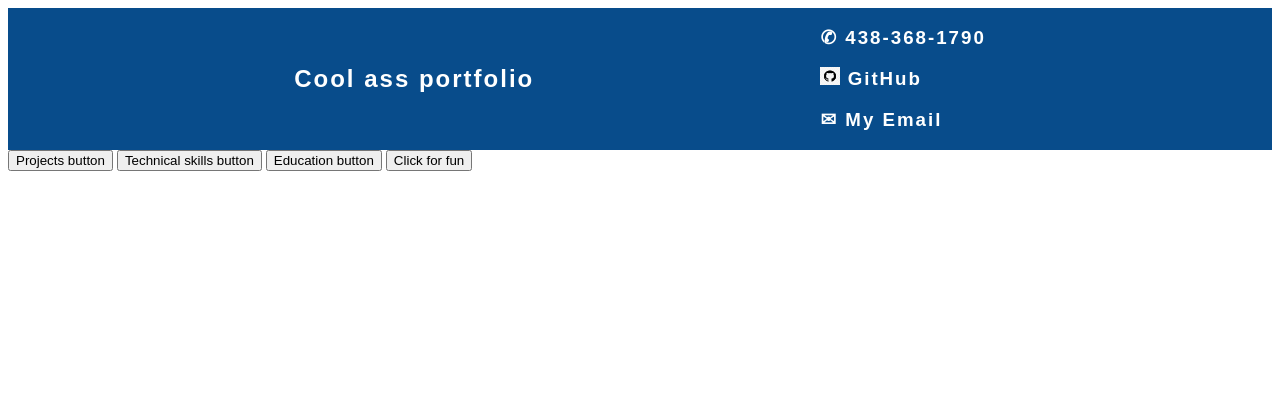
Repository: zackaroo20/zackaroo20
Page: index.html
An editor plug-in stored every save of this project. The page is shown before and after the next save, followed by the edit.
The browser window is 1280 px wide. The pictures show the whole page.

Above is the page before, as saved 2026-05-12 12:48:53.

### index.html
<!doctype html>
<html lang="en">
  <head>
    <meta charset="UTF-8" />
    <meta name="viewport" content="width=device-width, initial-scale=1.0" />
    <title>Document</title>
    <link rel="stylesheet" href="./styles/index.css" />
  </head>
  <header>
        <section>
            <h1>Cool ass portfolio</h1>
        </section>
        <aside>
            <h3> ✆ 438-368-1790</h3>
            <h3><a href="https://github.com/zackaroo20"><img src="/assets/specs/GHicon.png  " alt="git hub logo"> GitHub</a></h3>
            <h3><a href="emailto:tomjerrysc@gmail.com"><p class = longemail>✉ My Email</p></a></h3>



        </aside>

    </header>
    <body>
      <section>
        <button>Projects button</button>
        <button>Technical skills button </button>
        <button>Education button</button>
        <button>Click for fun</button>


      </section>




    </body>
  <body>
    <!-- TODO -->
  </body>
</html>

### styles/index.css
@page {
  size: A4;
  margin: 1cm;
}

header {
  font-family: Arial, Helvetica, sans-serif;
  letter-spacing: 2px;
  background-color: #084c8b;
  color: white;
  display: flex;
  justify-content: space-evenly;
  align-items: center;
}
img {
  background-color: transparent;
  width: 20px;
  height: 18px;
}
h3 a {
  text-decoration: none;
  color: inherit;
}

After the next save:
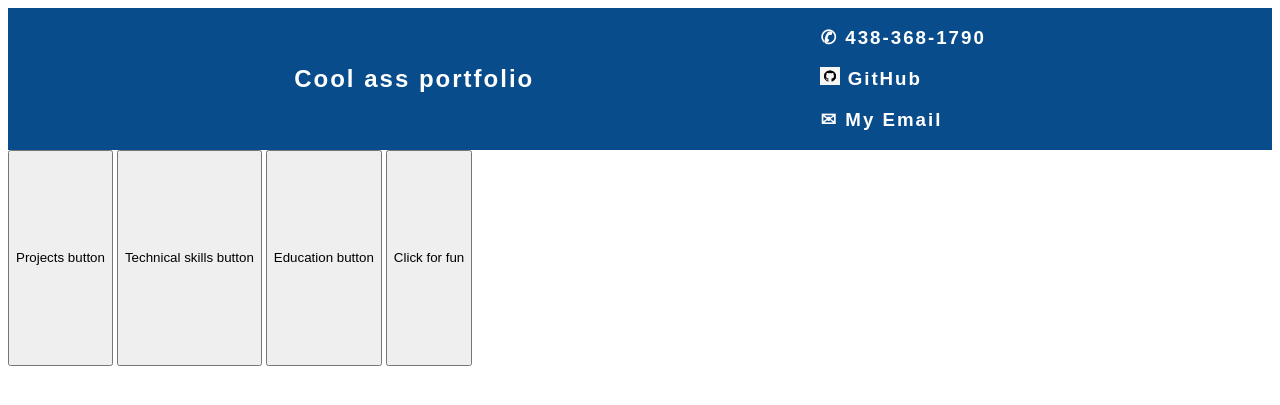
Saved 4 min 43 s later.
--- a/styles/index.css
+++ b/styles/index.css
@@ -12,6 +12,16 @@ header {
   justify-content: space-evenly;
   align-items: center;
 }
+section{
+    grid-template-columns:;
+
+
+
+
+
+
+
+}
 img {
   background-color: transparent;
   width: 20px;
@@ -21,3 +31,6 @@ h3 a {
   text-decoration: none;
   color: inherit;
 }
+ button {
+  height: 30vh;
+ }
